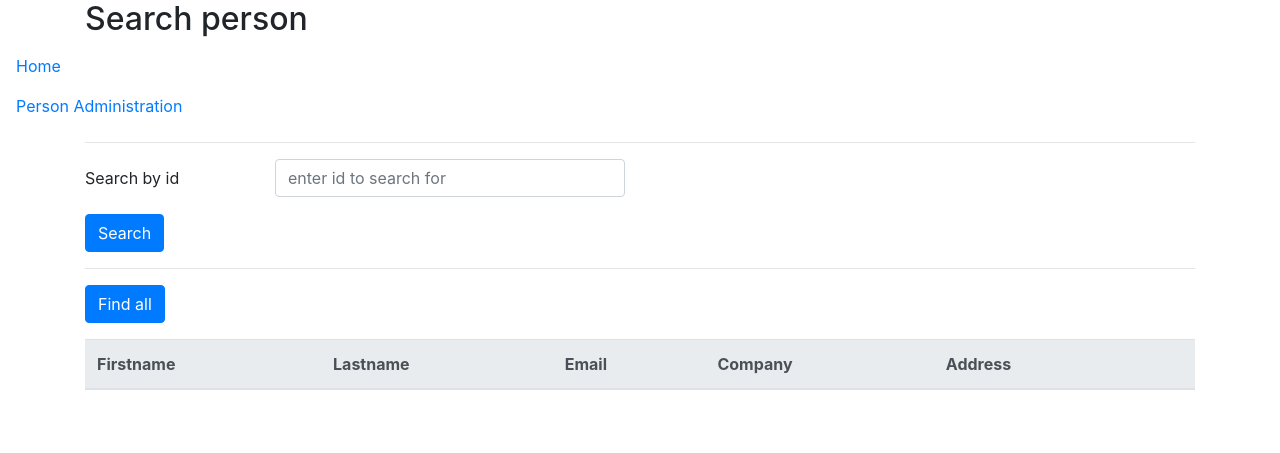
Repository: bvanrooy/exspring
Page: http://localhost/searchperson
The author's editor kept a copy of each file at every save. The page is drawn from the files as they stood at one save, then again after the next save.
The browser window is 1280 px wide. The pictures show the whole page.
The page is this project's Thymeleaf template; nobody is signed in. The template is opened directly, without the code that normally fills it, so the values that code supplies are empty.

Above is the page before, as saved 2020-10-07 12:53:53.

After the next save:
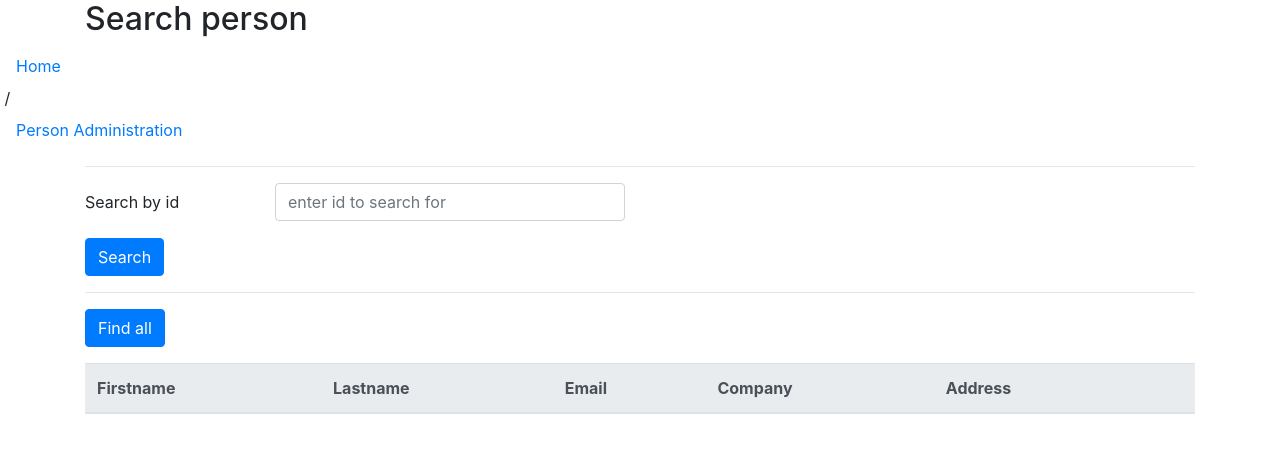
Saved 21 s later.
--- a/ExB3/src/main/resources/templates/searchperson.html
+++ b/ExB3/src/main/resources/templates/searchperson.html
@@ -13,8 +13,7 @@
 		<h2>Search person</h2>
 	</div>
 	<div>
-		<a class="nav-link" href="./index">Home</a>
-		<a class="nav-link" href="./personadmin">Person Administration</a>
+		<a class="nav-link" href="./index">Home</a>&nbsp;/<a class="nav-link" href="./personadmin">Person Administration</a>
 	</div>
 	<div id="form" class="container">
 		<form action="#" method="post" th:action="@{/searchpersonbyid}"
